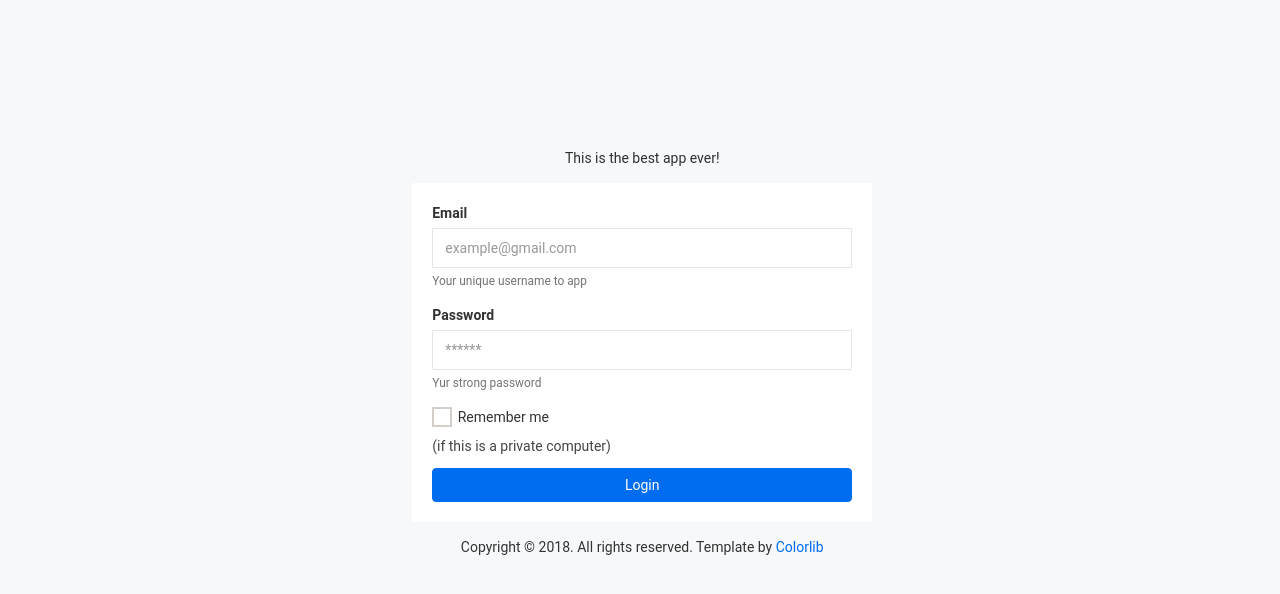
Repository: walterjnr1/crowdfunding-system
Page: http://localhost/Admin/login.php
These files come from the project's save history. The page is drawn as it stood at one moment and after the next save; the edit follows.
The browser window is 1280 px wide. The pictures show the whole page.
Some web fonts or font styles are not loaded; a fallback is used. The page is run by PHP 8.4 with error messages shown; the project is at /var/www/html/. Other server files are loaded and not shown.

Above is the page before, as saved 2025-02-20 12:06:01.

### Admin/login.php
<!doctype html>
<html class="no-js" lang="en">

<head>
    <meta charset="utf-8">
    <meta http-equiv="x-ua-compatible" content="ie=edge">
    <title>Login</title>
    <meta name="description" content="">
    <meta name="viewport" content="width=device-width, initial-scale=1">
    <!-- favicon
		============================================ -->
    <link rel="icon" type="image/png" sizes="16x16" href="../uploadImage/Logo/logo.png">
    <!-- Google Fonts
		============================================ -->
    <link href="https://fonts.googleapis.com/css?family=Play:400,700" rel="stylesheet">
    <!-- Bootstrap CSS
		============================================ -->
    <link rel="stylesheet" href="css/bootstrap.min.css">
    <!-- Bootstrap CSS
		============================================ -->
    <link rel="stylesheet" href="css/font-awesome.min.css">
    <!-- owl.carousel CSS
		============================================ -->
    <link rel="stylesheet" href="css/owl.carousel.css">
    <link rel="stylesheet" href="css/owl.theme.css">
    <link rel="stylesheet" href="css/owl.transitions.css">
    <!-- animate CSS
		============================================ -->
    <link rel="stylesheet" href="css/animate.css">
    <!-- normalize CSS
		============================================ -->
    <link rel="stylesheet" href="css/normalize.css">
    <!-- main CSS
		============================================ -->
    <link rel="stylesheet" href="css/main.css">
    <!-- morrisjs CSS
		============================================ -->
    <link rel="stylesheet" href="css/morrisjs/morris.css">
    <!-- mCustomScrollbar CSS
		============================================ -->
    <link rel="stylesheet" href="css/scrollbar/jquery.mCustomScrollbar.min.css">
    <!-- metisMenu CSS
		============================================ -->
    <link rel="stylesheet" href="css/metisMenu/metisMenu.min.css">
    <link rel="stylesheet" href="css/metisMenu/metisMenu-vertical.css">
    <!-- calendar CSS
		============================================ -->
    <link rel="stylesheet" href="css/calendar/fullcalendar.min.css">
    <link rel="stylesheet" href="css/calendar/fullcalendar.print.min.css">
    <!-- forms CSS
		============================================ -->
    <link rel="stylesheet" href="css/form/all-type-forms.css">
    <!-- style CSS
		============================================ -->
    <link rel="stylesheet" href="style.css">
    <!-- responsive CSS
		============================================ -->
    <link rel="stylesheet" href="css/responsive.css">
    <!-- modernizr JS
		============================================ -->
    <script src="js/vendor/modernizr-2.8.3.min.js"></script>
</head>

<body>
    <!--[if lt IE 8]>
		<p class="browserupgrade">You are using an <strong>outdated</strong> browser. Please <a href="http://browsehappy.com/">upgrade your browser</a> to improve your experience.</p>
	<![endif]-->
	<div class="error-pagewrap">
		<div class="error-page-int">
			<div class="text-center m-b-md custom-login">
				<p>This is the best app ever!</p>
			</div>
			<div class="content-error">
				<div class="hpanel">
                    <div class="panel-body">
                        <form action="#" id="loginForm">
                            <div class="form-group">
                                <label class="control-label" for="username">Email</label>
                                <input type="text" placeholder="example@gmail.com" title="Please enter you username" required="" value="" name="username" id="username" class="form-control">
                                <span class="help-block small">Your unique username to app</span>
                            </div>
                            <div class="form-group">
                                <label class="control-label" for="password">Password</label>
                                <input type="password" title="Please enter your password" placeholder="******" required="" value="" name="password" id="password" class="form-control">
                                <span class="help-block small">Yur strong password</span>
                            </div>
                            <div class="checkbox login-checkbox">
                                <label>
										<input type="checkbox" class="i-checks"> Remember me </label>
                                <p class="help-block small">(if this is a private computer)</p>
                            </div>
                            <button class="btn btn-success btn-block loginbtn">Login</button>
                        </form>
                    </div>
                </div>
			</div>
			<div class="text-center login-footer">
				<p>Copyright © 2018. All rights reserved. Template by <a href="https://colorlib.com/wp/templates/">Colorlib</a></p>
			</div>
		</div>
    </div>
    <!-- jquery
		============================================ -->
    <script src="js/vendor/jquery-1.12.4.min.js"></script>
    <!-- bootstrap JS
		============================================ -->
    <script src="js/bootstrap.min.js"></script>
    <!-- wow JS
		============================================ -->
    <script src="js/wow.min.js"></script>
    <!-- price-slider JS
		============================================ -->
    <script src="js/jquery-price-slider.js"></script>
    <!-- meanmenu JS
		============================================ -->
    <script src="js/jquery.meanmenu.js"></script>
    <!-- owl.carousel JS
		============================================ -->
    <script src="js/owl.carousel.min.js"></script>
    <!-- sticky JS
		============================================ -->
    <script src="js/jquery.sticky.js"></script>
    <!-- scrollUp JS
		============================================ -->
    <script src="js/jquery.scrollUp.min.js"></script>
    <!-- mCustomScrollbar JS
		============================================ -->
    <script src="js/scrollbar/jquery.mCustomScrollbar.concat.min.js"></script>
    <script src="js/scrollbar/mCustomScrollbar-active.js"></script>
    <!-- metisMenu JS
		============================================ -->
    <script src="js/metisMenu/metisMenu.min.js"></script>
    <script src="js/metisMenu/metisMenu-active.js"></script>
    <!-- tab JS
		============================================ -->
    <script src="js/tab.js"></script>
    <!-- icheck JS
		============================================ -->
    <script src="js/icheck/icheck.min.js"></script>
    <script src="js/icheck/icheck-active.js"></script>
    <!-- plugins JS
		============================================ -->
    <script src="js/plugins.js"></script>
    <!-- main JS
		============================================ -->
    <script src="js/main.js"></script>
    <!-- tawk chat JS
		============================================ -->
    <script src="js/tawk-chat.js"></script>
</body>

</html>

### Admin/css/main.css
/*! HTML5 Boilerplate v5.2.0 | MIT License | https://html5boilerplate.com/ */

/*
 * What follows is the result of much research on cross-browser styling.
 * Credit left inline and big thanks to Nicolas Gallagher, Jonathan Neal,
 * Kroc Camen, and the H5BP dev community and team.
 */

/* ==========================================================================
   Base styles: opinionated defaults
   ========================================================================== */

html {
    color: #222;
    font-size: 1em;
    line-height: 1.4;
}

/*
 * Remove text-shadow in selection highlight:
 * https://twitter.com/miketaylr/status/12228805301
 *
 * These selection rule sets have to be separate.
 * Customize the background color to match your design.
 */

::-moz-selection {
    background: #b3d4fc;
    text-shadow: none;
}

::selection {
    background: #b3d4fc;
    text-shadow: none;
}

/*
 * A better looking default horizontal rule
 */

hr {
    display: block;
    height: 1px;
    border: 0;
    border-top: 1px solid #ccc;
    margin: 1em 0;
    padding: 0;
}

/*
 * Remove the gap between audio, canvas, iframes,
 * images, videos and the bottom of their containers:
 * https://github.com/h5bp/html5-boilerplate/issues/440
 */

audio,
canvas,
iframe,
img,
svg,
video {
    vertical-align: middle;
}

/*
 * Remove default fieldset styles.
 */

fieldset {
    border: 0;
    margin: 0;
    padding: 0;
}

/*
 * Allow only vertical resizing of textareas.
 */

textarea {
    resize: vertical;
}

/* ==========================================================================
   Browser Upgrade Prompt
   ========================================================================== */

.browserupgrade {
    margin: 0.2em 0;
    background: #ccc;
    color: #000;
    padding: 0.2em 0;
}

/* ==========================================================================
   Author's custom styles
   ========================================================================== */

















/* ==========================================================================
   Helper classes
   ========================================================================== */

/*
 * Hide visually and from screen readers:
 */

.hidden {
    display: none !important;
}

/*
 * Hide only visually, but have it available for screen readers:
 * http://snook.ca/archives/html_and_css/hiding-content-for-accessibility
 */

.visuallyhidden {
    border: 0;
    clip: rect(0 0 0 0);
    height: 1px;
    margin: -1px;
    overflow: hidden;
    padding: 0;
    position: absolute;
    width: 1px;
}

/*
 * Extends the .visuallyhidden class to allow the element
 * to be focusable when navigated to via the keyboard:
 * https://www.drupal.org/node/897638
 */

.visuallyhidden.focusable:active,
.visuallyhidden.focusable:focus {
    clip: auto;
    height: auto;
    margin: 0;
    overflow: visible;
    position: static;
    width: auto;
}

/*
 * Hide visually and from screen readers, but maintain layout
 */

.invisible {
    visibility: hidden;
}

/*
 * Clearfix: contain floats
 *
 * For modern browsers
 * 1. The space content is one way to avoid an Opera bug when the
 *    `contenteditable` attribute is included anywhere else in the document.
 *    Otherwise it causes space to appear at the top and bottom of elements
 *    that receive the `clearfix` class.
 * 2. The use of `table` rather than `block` is only necessary if using
 *    `:before` to contain the top-margins of child elements.
 */

.clearfix:before,
.clearfix:after {
    content: " "; /* 1 */
    display: table; /* 2 */
}

.clearfix:after {
    clear: both;
}

/* ==========================================================================
   EXAMPLE Media Queries for Responsive Design.
   These examples override the primary ('mobile first') styles.
   Modify as content requires.
   ========================================================================== */

@media only screen and (min-width: 35em) {
    /* Style adjustments for viewports that meet the condition */
}

@media print,
       (-webkit-min-device-pixel-ratio: 1.25),
       (min-resolution: 1.25dppx),
       (min-resolution: 120dpi) {
    /* Style adjustments for high resolution devices */
}

/* ==========================================================================
   Print styles.
   Inlined to avoid the additional HTTP request:
   http://www.phpied.com/delay-loading-your-print-css/
   ========================================================================== */

@media print {
    *,
    *:before,
    *:after {
        background: transparent !important;
        color: #000 !important; /* Black prints faster:
                                   http://www.sanbeiji.com/archives/953 */
        box-shadow: none !important;
        text-shadow: none !important;
    }

    a,
    a:visited {
        text-decoration: underline;
    }

    a[href]:after {
        content: " (" attr(href) ")";
    }

    abbr[title]:after {
        content: " (" attr(title) ")";
    }

    /*
     * Don't show links that are fragment identifiers,
     * or use the `javascript:` pseudo protocol
     */

    a[href^="#"]:after,
    a[href^="javascript:"]:after {
        content: "";
    }

    pre,
    blockquote {
        border: 1px solid #999;
        page-break-inside: avoid;
    }

    /*
     * Printing Tables:
     * http://css-discuss.incutio.com/wiki/Printing_Tables
     */

    thead {
        display: table-header-group;
    }

    tr,
    img {
        page-break-inside: avoid;
    }

    img {
        max-width: 100% !important;
    }

    p,
    h2,
    h3 {
        orphans: 3;
        widows: 3;
    }

    h2,
    h3 {
        page-break-after: avoid;
    }
}

### Admin/css/metisMenu/metisMenu-vertical.css
.sidebar-nav {
    background: #fff;
}
.sidebar-nav ul {
    padding: 0;
    margin: 0;
    list-style: none;
    background: #f5f5f5;
}
.sidebar-nav .metismenu {
    background: #fff;
    display: -webkit-box;
    display: -ms-flexbox;
    display: flex;
    -webkit-box-orient: vertical;
    -webkit-box-direction: normal;
    -ms-flex-direction: column;
    flex-direction: column;
}
.sidebar-nav .metismenu li + li {
  margin-top: 5px;
}
.sidebar-nav .metismenu li:last-child {
  margin-bottom: 5px;
}
.sidebar-nav .metismenu > li {
/*    -webkit-box-flex: 1;
    -ms-flex: 1 1 0%;
    flex: 1 1 0%;*/
    display: -webkit-box;
    display: -ms-flexbox;
    display: flex;
    -webkit-box-orient: vertical;
    -webkit-box-direction: normal;
    -ms-flex-direction: column;
    flex-direction: column;
    position: relative;
}
.sidebar-nav .metismenu a {
    position: relative;
    display: block;
    padding: 13px 15px;
    color: #444;
    outline-width: 0;
    transition: all .3s ease-out;
	font-size:16px;
	font-weight:400;
}

.sidebar-nav .metismenu ul a {
    padding: 10px 15px 10px 40px;
}

.sidebar-nav .metismenu ul ul a {
    padding: 10px 15px 10px 45px;
}
.sidebar-nav .metismenu a:hover,
.sidebar-nav .metismenu a:focus,
.sidebar-nav .metismenu a:active {
    color: #555;
    text-decoration: none;
    background: #e12503;
}
.sidebar-nav .metismenu li .icon-wrap{
	margin-right:5px;
	font-size:20px;
	color:#303030;
}
.sidebar-nav .metismenu li .sub-icon-mg{
	margin-right:5px;
	font-size:16px;
}
#sidebar.active .metismenu li .mini-click-non{
	display:none;
}
#sidebar.active .metismenu li .has-arrow:after{
	display:none;
}
#sidebar.active .metismenu li .submenu-angle li a {
    padding: 10px 20px 10px 20px;
}

Loaded but not shown: Admin/css/bootstrap.min.css (library); Admin/css/font-awesome.min.css (library); Admin/css/owl.carousel.css (common file); Admin/css/owl.theme.css (common file); Admin/css/owl.transitions.css (library); Admin/css/animate.css (library); Admin/css/normalize.css (library); Admin/css/morrisjs/morris.css (common file); Admin/css/scrollbar/jquery.mCustomScrollbar.min.css (library); Admin/css/metisMenu/metisMenu.min.css (common file); Admin/css/calendar/fullcalendar.min.css (library); Admin/css/calendar/fullcalendar.print.min.css (common file); Admin/css/form/all-type-forms.css (library); Admin/js/bootstrap.min.js (library); Admin/js/wow.min.js (library); Admin/js/jquery-price-slider.js (library); Admin/js/jquery.meanmenu.js (library); Admin/js/owl.carousel.min.js (library); Admin/js/jquery.sticky.js (library); Admin/js/jquery.scrollUp.min.js (common file); Admin/js/scrollbar/jquery.mCustomScrollbar.concat.min.js (library); Admin/js/metisMenu/metisMenu.min.js (library); Admin/js/metisMenu/metisMenu-active.js (common file); Admin/js/icheck/icheck.min.js (library); Admin/js/icheck/icheck-active.js (common file); Admin/js/tawk-chat.js (common file); Admin/js/tab.js (155 lines, source omitted); Admin/js/main.js (100 lines, source omitted); Admin/js/scrollbar/mCustomScrollbar-active.js (58 lines, source omitted); Admin/js/plugins.js (24 lines, source omitted); Admin/style.css (4721 lines, source omitted); Admin/css/responsive.css (755 lines, source omitted)

After the next save:
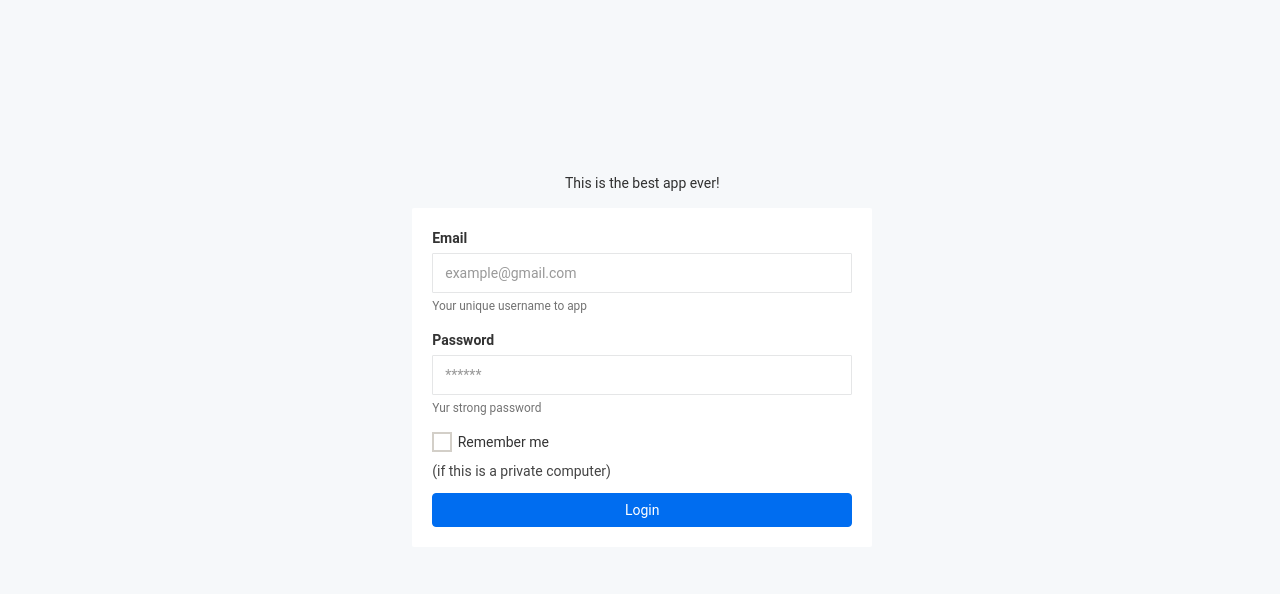
Saved 6 s later.
--- a/Admin/login.php
+++ b/Admin/login.php
@@ -94,9 +94,7 @@
                     </div>
                 </div>
 			</div>
-			<div class="text-center login-footer">
-				<p>Copyright © 2018. All rights reserved. Template by <a href="https://colorlib.com/wp/templates/">Colorlib</a></p>
-			</div>
+
 		</div>
     </div>
     <!-- jquery
